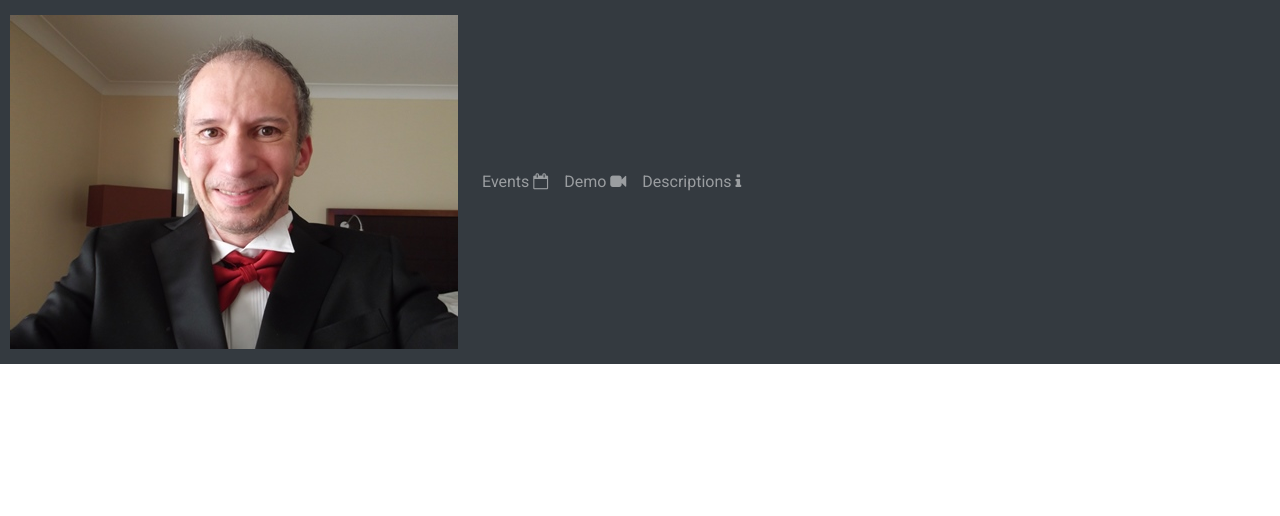
Repository: derektypist/product-landing-page
Page: index.html
The author's editor kept a record of every edit. The page is drawn from the files as they stood at one moment, then again after the next edit.
The browser window is 1280 px wide. The pictures show the whole page.

Above is the page before.

After the next edit:
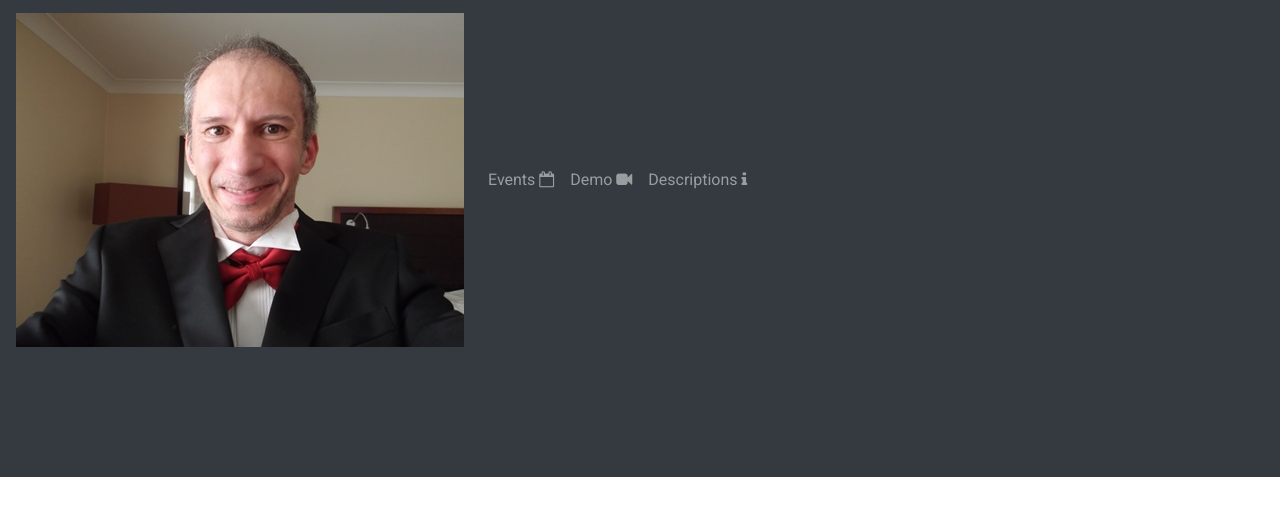
The edit:
--- a/index.html
+++ b/index.html
@@ -22,7 +22,7 @@
         }
 
         #nav-bar {
-            padding: 10px;
+            padding-bottom: 125px;
         }
     </style>
 </head>
